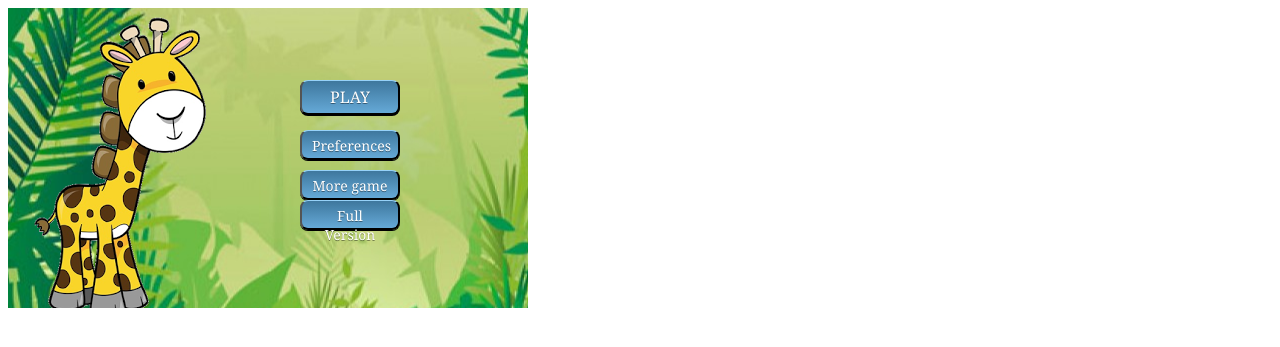
Repository: RathipriyaChandrasekaran/dotlite
Page: ConnectDots/homepage.html
These files come from the project's save history. The page is drawn as it stood at one moment and after the next save; the edit follows.
The browser window is 1280 px wide. The pictures show the whole page.

Above is the page before, as saved 2014-12-14 17:57:56.

After the next save:
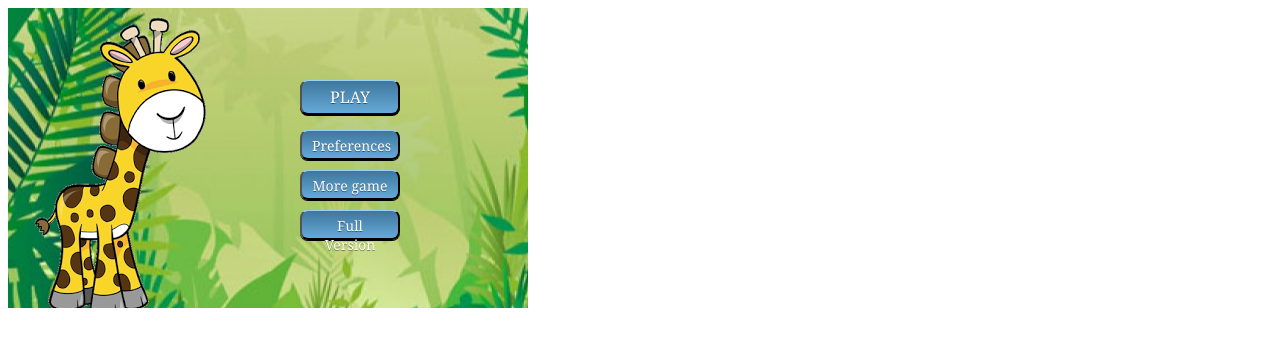
Saved 73 s later.
--- a/ConnectDots/css/appstyle.css
+++ b/ConnectDots/css/appstyle.css
@@ -29,7 +29,7 @@
 
 #fullversion{
 	position : absolute;
-	top: 200px;
+	top: 210px;
 	left: 300px;
 	width: 100px;
 	height: 30px;
